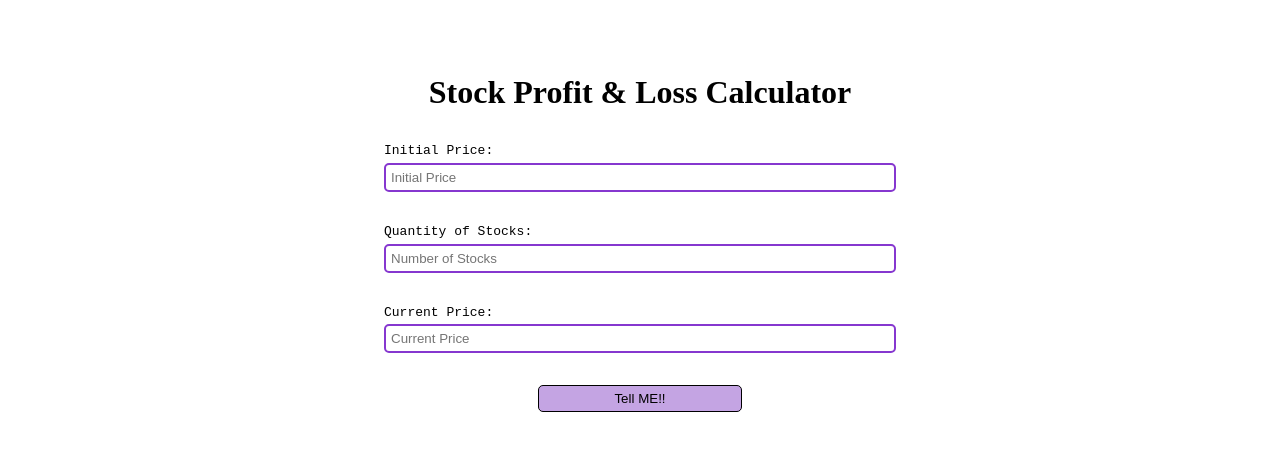
Repository: patelamancode/Stock-P-L-Calculator
Page: index.html
An editor plug-in stored every save of this project. The page is shown before and after the next save, followed by the edit.
The browser window is 1280 px wide. The pictures show the whole page.

Above is the page before, as saved 2022-11-24 00:55:57.

### index.html
<!DOCTYPE html>
<html lang="en">
<head>
    <meta charset="UTF-8">
    <meta http-equiv="X-UA-Compatible" content="IE=edge">
    <meta name="viewport" content="width=device-width, initial-scale=1.0">
    <link rel="stylesheet" href="index.css">
    <title>Stock Profit and Loss Calc</title>
</head>
<body>
    <div id="main-container">
        <h1 class="app-title">Stock Profit & Loss Calculator</h1>
        <label for="initial Price">Initial Price:</label>
        <input type="number" class="initial-price-input" placeholder="Initial Price">
        <label for="number of stock">Quantity of Stocks:</label>
        <input type="number" class="stock-count" placeholder="Number of Stocks">
        <label for="current Price">Current Price:</label>
        <input type="number" class="current-price-input" placeholder="Current Price" >
        <button id="check-btn">Tell ME!!</button>
        <p id="result-display">Hey I am here as a result</p>
        <p class="refresh-btn">⟳</p>
    </div>
    <script src="index.js"></script>
</body>
</html>

### index.css
* {
    margin: 0;
    padding: 0;
  }


  #main-container {
    display: flex;
    flex-direction: column;
    width: 40vw;
    margin: auto;
    margin-top: 2rem;
    padding: 10px;
    text-align: center;
  }

  .app-title {
    margin: 2rem 0 0 0;
  }
  label{
    margin-top: 2rem;
    margin-bottom: 0.3rem;
    text-align: left;
    font-family: monospace;
  }
  input{
    border: 2px solid rgb(134, 55, 207);
    border-radius: 5px;
    padding: 5px;
  }
  #check-btn{
    margin: auto;
    text-align: center;
    margin-top: 2rem;
    width: 40%;
    padding: 5px 0px;
    background-color:rgba(143, 82, 201, 0.521);
    border: 1px solid;
    border-radius: 5px;
  }

  #result-display{
    display: none;
    padding-top: 1rem;
    font-style: italic;
    margin: auto;
  }

  .refresh-btn{
    display: none;
    cursor: pointer;
    margin: auto;
    padding-top: 2rem;
    font-size: larger;
    color: rgba(49, 10, 85, 0.952);
  }

### index.js
const checkButton = document.querySelector('#check-btn');
const initialValue =document.querySelector('.initial-price-input');
const stockCount = parseInt(document.querySelector('.stock-count').value);
const currentValue = parseInt(document.querySelector('.current-price-input').value);
const resultDisplay = document.querySelector('#result-display');
const reload = document.querySelector('.refresh-btn');

console.log(document.querySelector('.initial-price-input').value)
console.log( parseInt(document.querySelector('.initial-price-input').value))
console.log(initialValue);




const profitAmount = function(){

}

const profitPercentage = function(){

}

function showResult(){
    // validation needed
    profitAmount();
    profitPercentage();
    resultDisplay.style.display = "flex";
    let result = resultDisplay.innerText =  `Hey, the {profit / loss} is {amount} and the percent is {percentage%}`;
    return result;
}


checkButton.addEventListener('click', function(){
    showResult();
    reload.style.display = "flex";
    // console.log(typeof(initialValue.value));
})

reload.addEventListener('click', function(){
    window.location.reload();
})

After the next save:
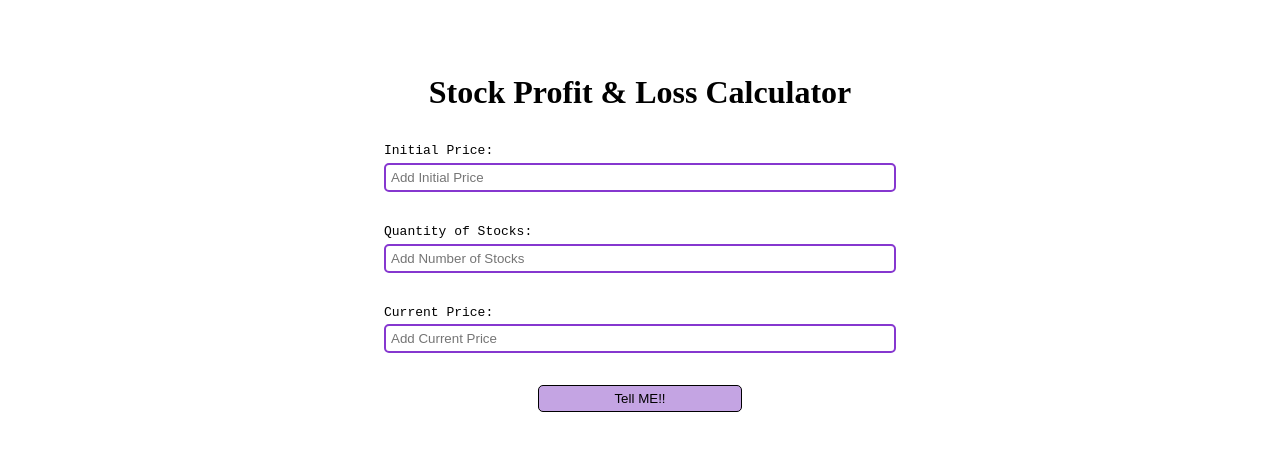
Console error: TypeError: Cannot read properties of null (reading 'value')
Saved 41 h 59 min later.
--- a/index.html
+++ b/index.html
@@ -11,11 +11,11 @@
     <div id="main-container">
         <h1 class="app-title">Stock Profit & Loss Calculator</h1>
         <label for="initial Price">Initial Price:</label>
-        <input type="number" class="initial-price-input" placeholder="Initial Price">
+        <input type="number" id="initial-price-input" placeholder="Add Initial Price" >
         <label for="number of stock">Quantity of Stocks:</label>
-        <input type="number" class="stock-count" placeholder="Number of Stocks">
+        <input type="number" id="stock-count" placeholder="Add Number of Stocks">
         <label for="current Price">Current Price:</label>
-        <input type="number" class="current-price-input" placeholder="Current Price" >
+        <input type="number" id="current-price-input" placeholder="Add Current Price" >
         <button id="check-btn">Tell ME!!</button>
         <p id="result-display">Hey I am here as a result</p>
         <p class="refresh-btn">⟳</p>
